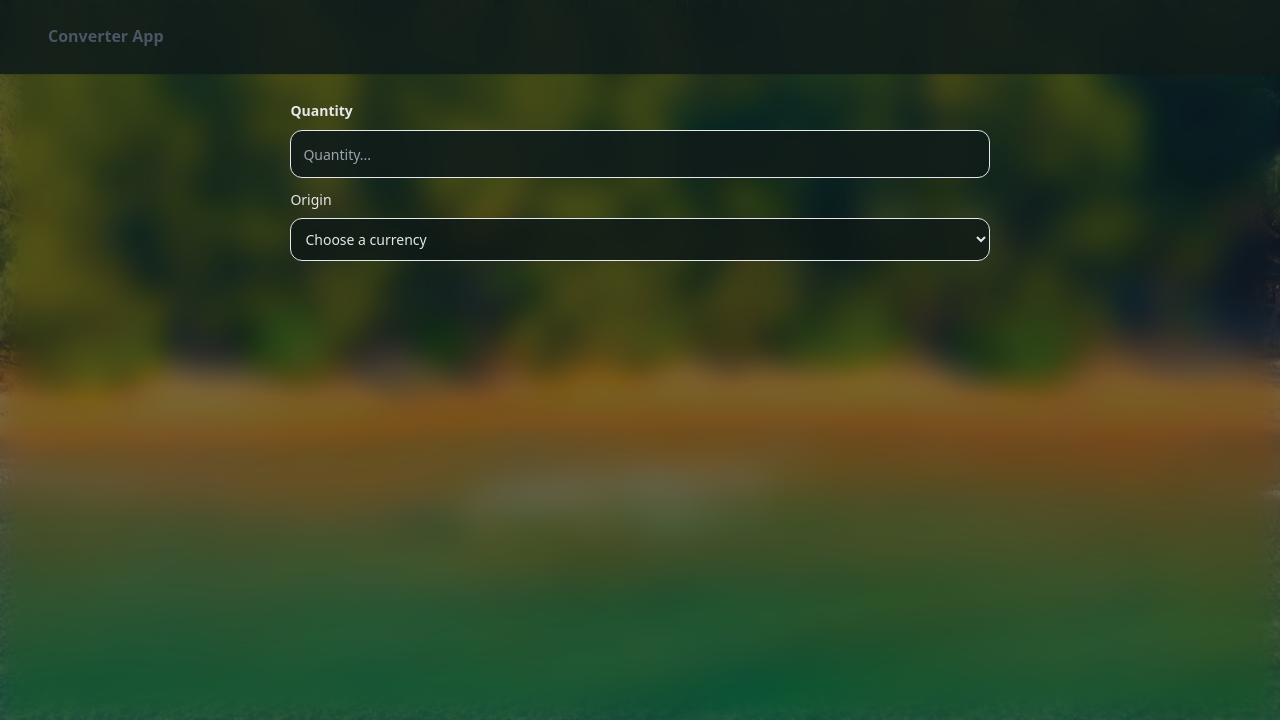
Repository: mikelCabezas/angular-exercices
Page: / (app in converter/)
The author's editor kept a copy of each file at every save. The page is drawn from the files as they stood at one save, then again after the next save.
The browser window is 1280 px wide. The pictures show the whole page.
The project was rebuilt for these pictures with package versions that can differ from the ones it lists, and the page was loaded fresh each time. Also part of the build but not shown: converter/angular.json.

Above is the page before, as saved 2023-09-15 18:29:04.

### converter/src/styles.css
@tailwind base;
@tailwind components;
@tailwind utilities;

body {
    background-image: url('./assets/sunset-beach.jpeg');
    background-position: center;
}

### converter/src/app/app.module.ts
import { NgModule } from '@angular/core';
import { BrowserModule } from '@angular/platform-browser';

import { AppComponent } from './app.component';
import { NavbarComponent } from './components/navbar/navbar.component';
import { ConverterComponent } from './components/converter/converter.component';

@NgModule({
  declarations: [
    AppComponent,
    NavbarComponent,
    ConverterComponent
  ],
  imports: [
    BrowserModule
  ],
  providers: [],
  bootstrap: [AppComponent]
})
export class AppModule { }

### converter/src/app/app.component.ts
import { Component } from '@angular/core';

@Component({
  selector: 'app-root',
  templateUrl: './app.component.html',
  styleUrls: ['./app.component.css']
})
export class AppComponent {
  title = 'converter';
}

### converter/src/app/components/converter/converter.component.ts
import { Component } from '@angular/core';

@Component({
  selector: 'app-converter',
  templateUrl: './converter.component.html',
  styleUrls: ['./converter.component.css']
})
export class ConverterComponent {

}

### converter/src/app/app.component.html
<div class="root min-w-screen min-h-screen bg-gray-900Z bg-[#11192890] backdrop-saturate-200 backdrop-blur-lg">
    <app-navbar/>
    <app-converter/>
</div>

### converter/src/app/components/navbar/navbar.component.html
<nav class="shadow bg-[rgba(16,28,26,0.9)] ">
    <div class="container flex items-center  p-6 mx-auto text-gray-600 capitalize dark:text-gray-300">
        <a href="#" class="border-b-2 border-transparent hover:text-gray-800 dark:hover:text-gray-200 hover:border-blue-500 mx-1.5 sm:mx-6 font-bold">
            Converter App
        </a>
    </div>
</nav>

### converter/src/app/components/converter/converter.component.html
<div class="container mx-auto p-6 flex justify-center">
    <div class="row w-3/5">
        <div class="col px-5">
            <div class="mb-3">
                <label for="email" class="text-sm text-gray-200 font-bold">Quantity</label>
                <input type="number" placeholder="Quantity..." class="mt-2 flex h-12 w-full items-center justify-center rounded-xl border bg-[rgba(16,28,26,0.9)] p-3 text-sm outline-none border-gray-200">
            </div>
        </div>
        <div class="col px-5">
            <label for="currency" class="block mb-2 text-sm font-medium text-gray-200">Origin</label>
            <select placeholder="Choose a currency" id="currency" class=" text-sm rounded-xl block w-full p-2.5 bg-[rgba(13,24,23,0.8)] border-gray-200 border-[1px] placeholder-gray-200 text-gray-200 focus:white">
                <option selected>Choose a currency</option>
                <option value="EUR">Euro</option>
                <option value="USD">US Dollar</option>
                <option value="CHF">Suiss francs</option>
            </select>
        </div>
        <div class="col"></div>
    </div>
</div>

Loaded but not shown: converter/src/index.html (common file); converter/src/main.ts (common file); converter/src/app/components/navbar/navbar.component.ts (common file); converter/tailwind.config.js (common file); converter/src/app/app.component.css (no stored copy; drawn as an empty file); converter/src/app/components/navbar/navbar.component.css (no stored copy; drawn as an empty file); converter/src/app/components/converter/converter.component.css (no stored copy; drawn as an empty file)

After the next save:
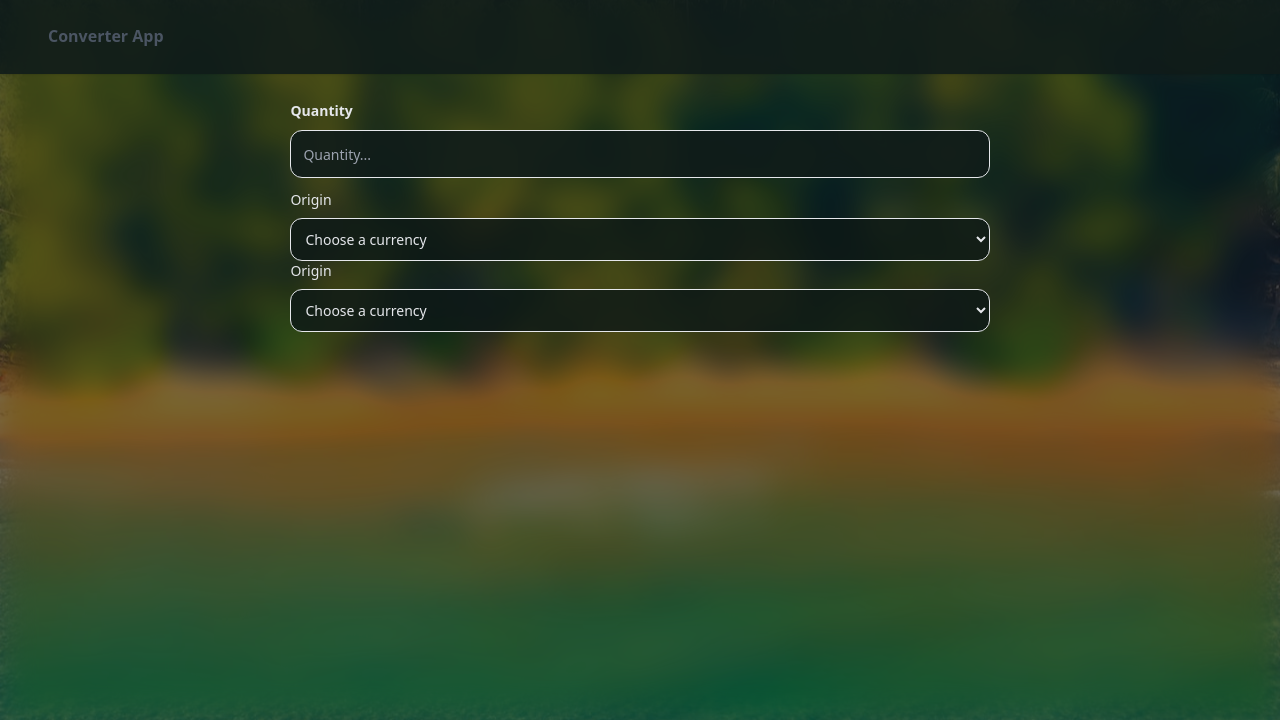
Saved 39 s later.
--- a/converter/src/app/components/converter/converter.component.html
+++ b/converter/src/app/components/converter/converter.component.html
@@ -8,13 +8,21 @@
         </div>
         <div class="col px-5">
             <label for="currency" class="block mb-2 text-sm font-medium text-gray-200">Origin</label>
-            <select placeholder="Choose a currency" id="currency" class=" text-sm rounded-xl block w-full p-2.5 bg-[rgba(13,24,23,0.8)] border-gray-200 border-[1px] placeholder-gray-200 text-gray-200 focus:white">
+            <select id="currency" placeholder="Choose a currency" class="text-sm rounded-xl block w-full p-2.5 bg-[rgba(13,24,23,0.8)] border-gray-200 border-[1px] placeholder-gray-200 text-gray-200 focus:white">
                 <option selected>Choose a currency</option>
                 <option value="EUR">Euro</option>
                 <option value="USD">US Dollar</option>
                 <option value="CHF">Suiss francs</option>
             </select>
         </div>
-        <div class="col"></div>
+        <div class="col px-5">
+            <label for="conversion" class="block mb-2 text-sm font-medium text-gray-200">Origin</label>
+            <select id="conversion" placeholder="Choose a currency" class="text-sm rounded-xl block w-full p-2.5 bg-[rgba(13,24,23,0.8)] border-gray-200 border-[1px] placeholder-gray-200 text-gray-200 focus:white">
+                <option selected>Choose a currency</option>
+                <option value="EUR">Euro</option>
+                <option value="USD">US Dollar</option>
+                <option value="CHF">Suiss francs</option>
+            </select>
+        </div>
     </div>
 </div>
